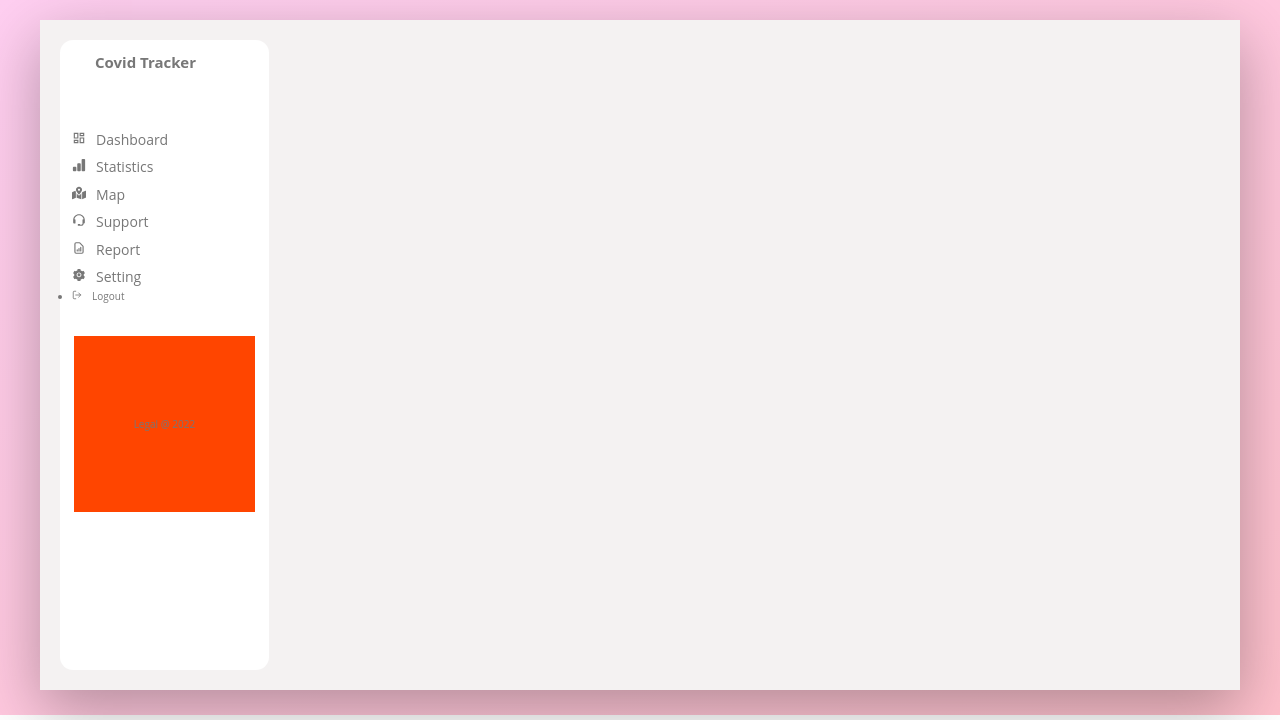
Repository: okidijimmy200/CovidAdminTracker
Page: /
These files come from the project's save history. The page is drawn as it stood at one moment and after a run of saves; the edit follows.
The browser window is 1280 px wide. The pictures show the whole page.
The project was rebuilt for these pictures with package versions that can differ from the ones it lists, and the page was loaded fresh each time.

Above is the page before, as saved 2022-06-16 12:14:14.

After the next 3 saves:
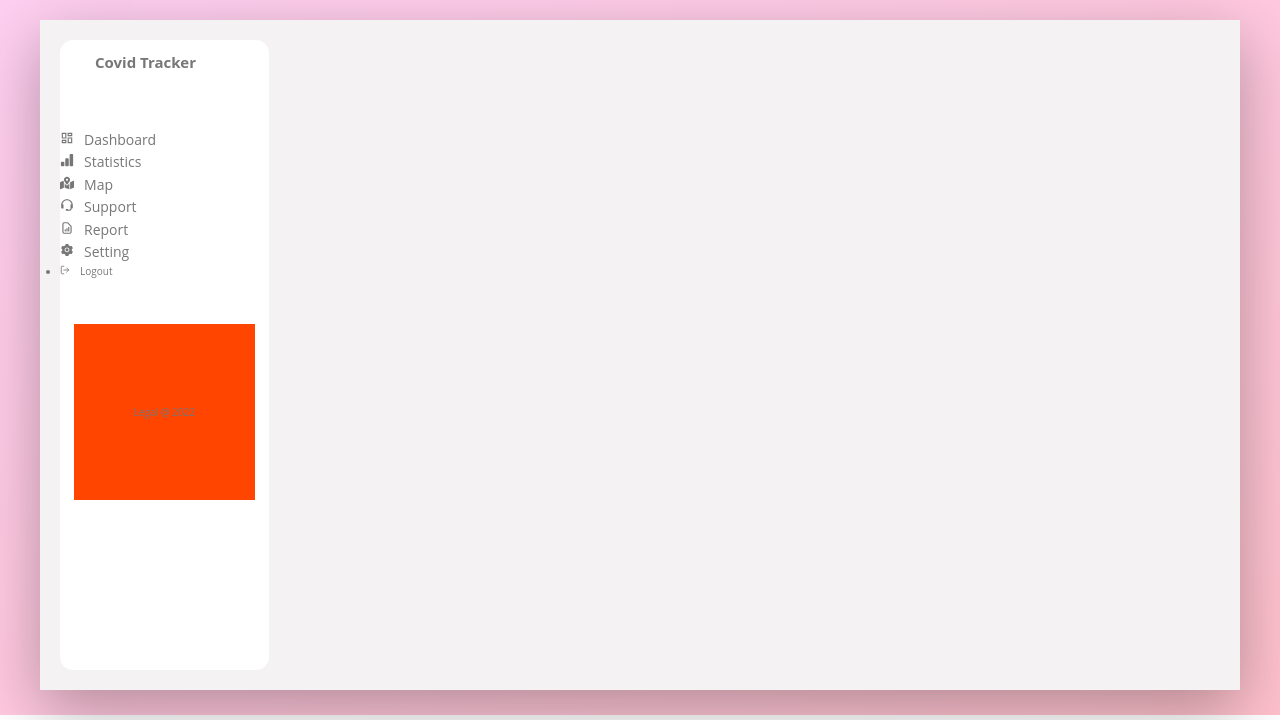
The 3 saves are shown as one change because they came seconds apart.
The last was saved 18 s later.
--- a/src/sidebar/sidebar.scss
+++ b/src/sidebar/sidebar.scss
@@ -13,6 +13,8 @@
     font-size: 1.4rem;
     list-style: none;
     margin-top: 3.5rem;
+
+    &__
 
    &__item {
        // parent element set to relative to element the hover effect
